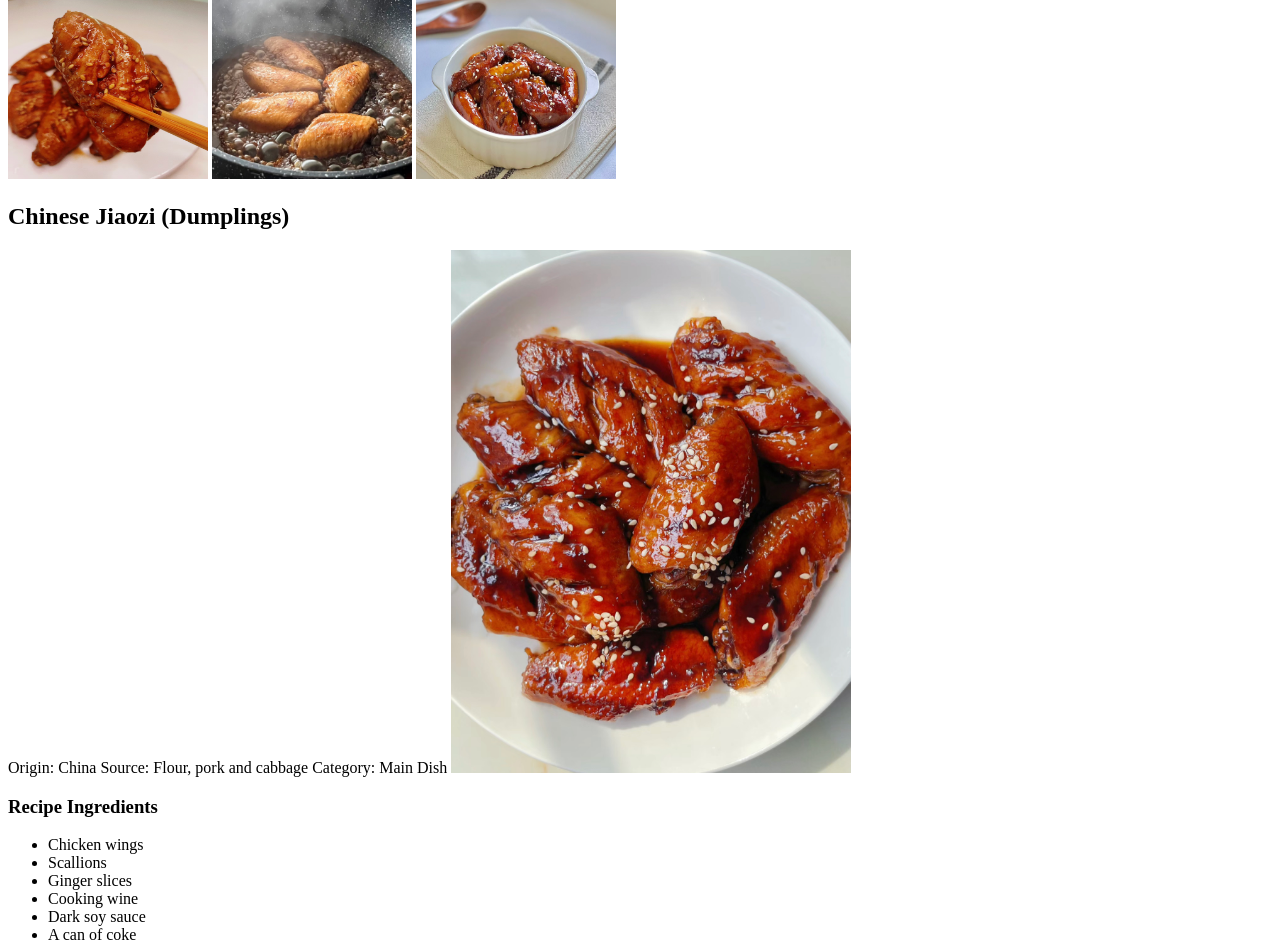
Repository: lulyany/starter_html
Page: recipes.html
An editor plug-in stored every save of this project. The page is shown before and after the next save, followed by the edit.
The browser window is 1280 px wide. The pictures show the part of the page from y = 1175 to 2127 px (the page is 3679 px tall before and 3556 px after).
A picture or video elsewhere on the page could not be fetched, so the positions and the page height are approximate.

Above is the page before, as saved 2023-09-16 00:51:58.

After the next save:
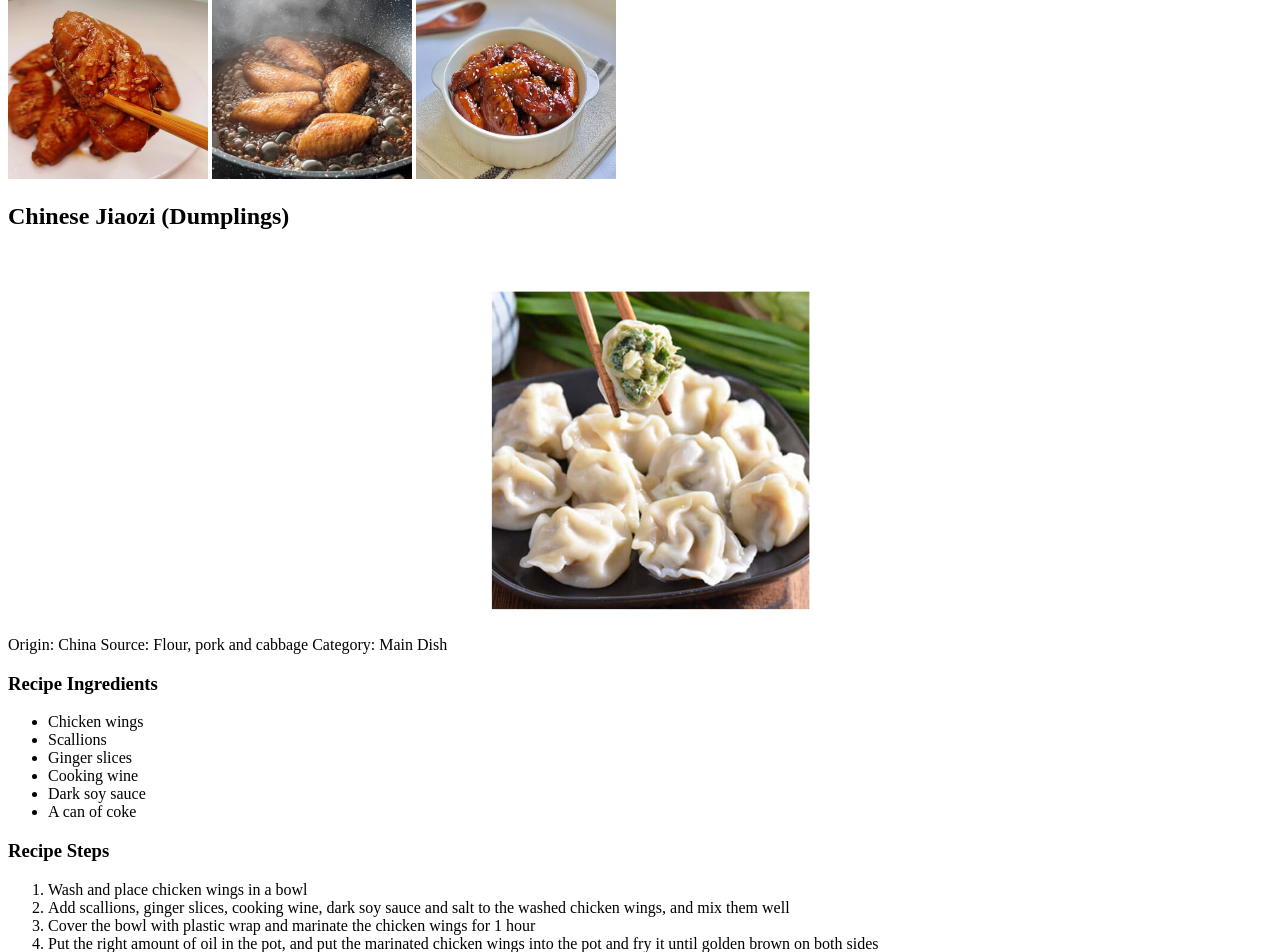
Saved 7 s later.
--- a/recipes.html
+++ b/recipes.html
@@ -66,7 +66,7 @@
             <span>Source: Flour, pork and cabbage</span>
             <span>Category: Main Dish</span>
 
-            <img src="images/coca_cola_chicken_wings.jpg" width = "400" alt="Some dumplings.">
+            <img src="images/jiaozi.jpeg" width = "400" alt="Some dumplings.">
             <p></p>
             <h3>Recipe Ingredients</h3>
             <ul>
